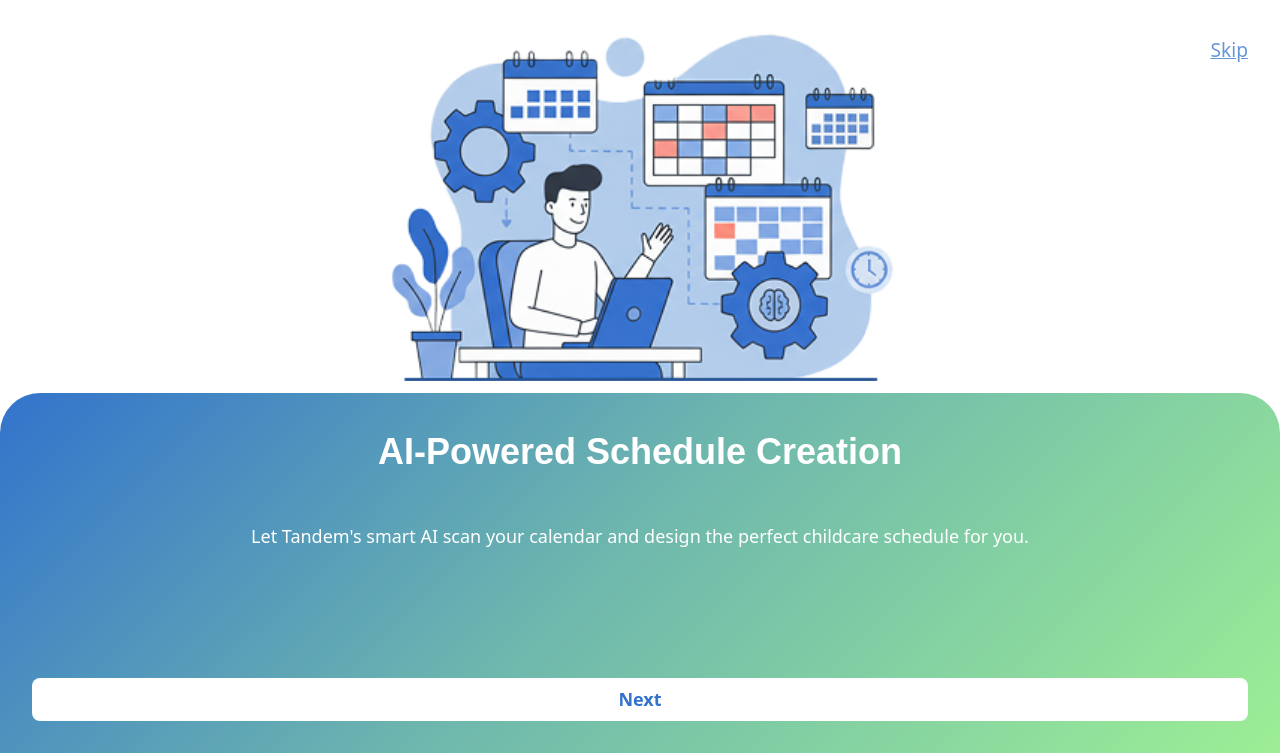
Repository: IDSP-TRADECARE/Tandem
Page: /boarding/features
The author's editor kept a copy of each file at every save. The page is drawn from the files as they stood at one save, then again after a run of saves.
The browser window is 1280 px wide. The pictures show the whole page.
The page's requests for data from a server got no answer. Some web fonts or font styles are not loaded; a fallback is used. The project was rebuilt for these pictures with package versions that can differ from the ones it lists, and the page was loaded fresh each time. Some packages were replaced by stand-ins written for this rebuild. The framework's server and built-in components were replaced by stand-ins that run in the browser. No one was signed in, and anything a server would have sent is missing. Also part of the build but not shown: next.config.ts, src/app/components/auth/AuthGuard.tsx.

Above is the page before, as saved 2025-11-23 00:33:37.

After the next 5 saves:
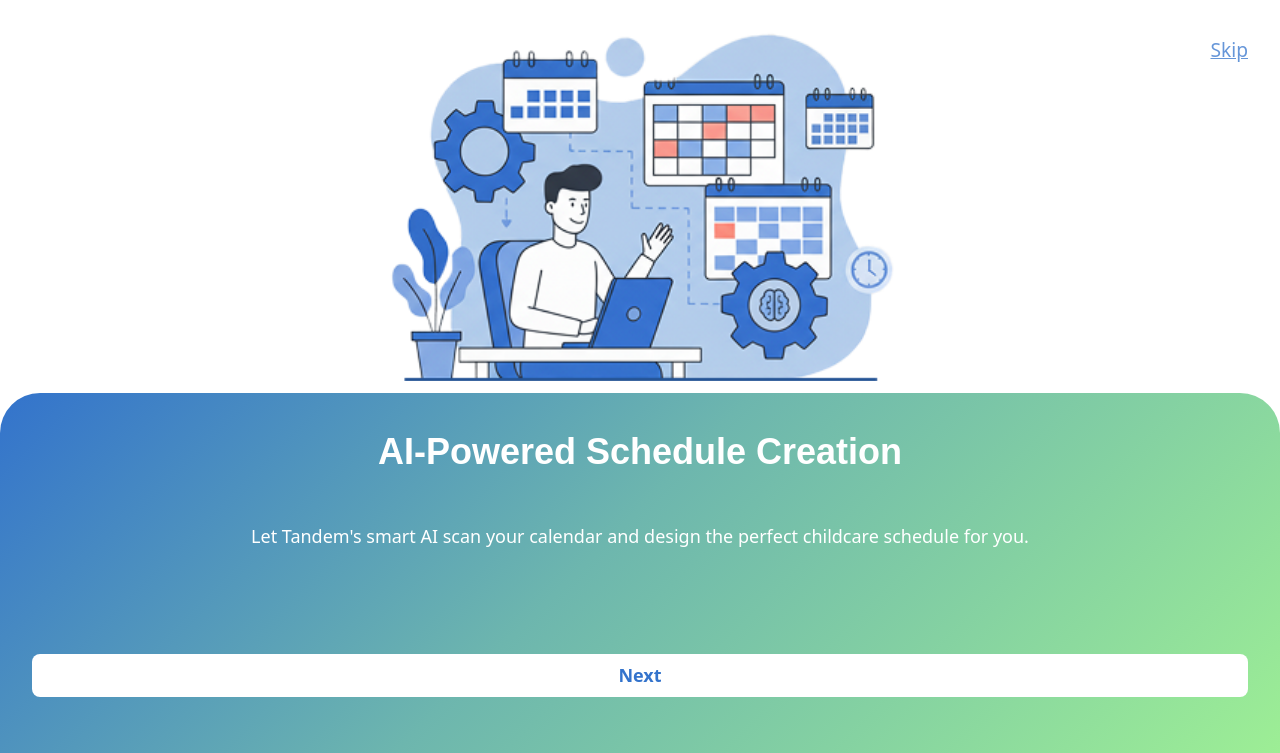
The 5 saves are shown as one change because they came seconds apart.
The last was saved 19 s later.
--- a/src/app/boarding/features/features.module.css
+++ b/src/app/boarding/features/features.module.css
@@ -79,7 +79,7 @@
     width: 100%;
     display: flex;
     flex-direction: column;
-    gap: 8rem;
+    gap: 6.5rem;
 }
 
 .content {
